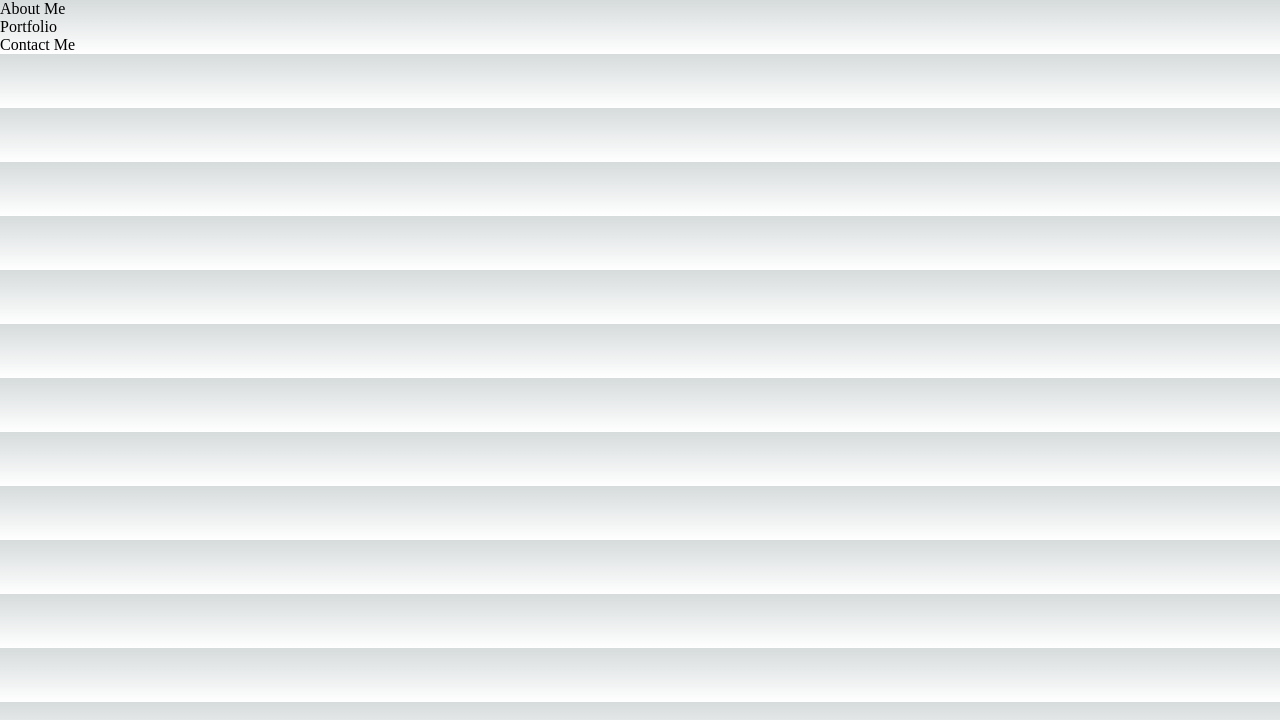
Repository: Pauldan1988/Reactfolio
Page: /
These files come from the project's save history. The page is drawn as it stood at one moment and after a run of saves; the edit follows.
The browser window is 1280 px wide. The pictures show the whole page.
The project was rebuilt for these pictures with package versions that can differ from the ones it lists, and the page was loaded fresh each time. The framework's server and built-in components were replaced by stand-ins that run in the browser. Also part of the build but not shown: next.config.js.

Above is the page before, as saved 2023-04-07 14:21:51.

After the next 5 saves:
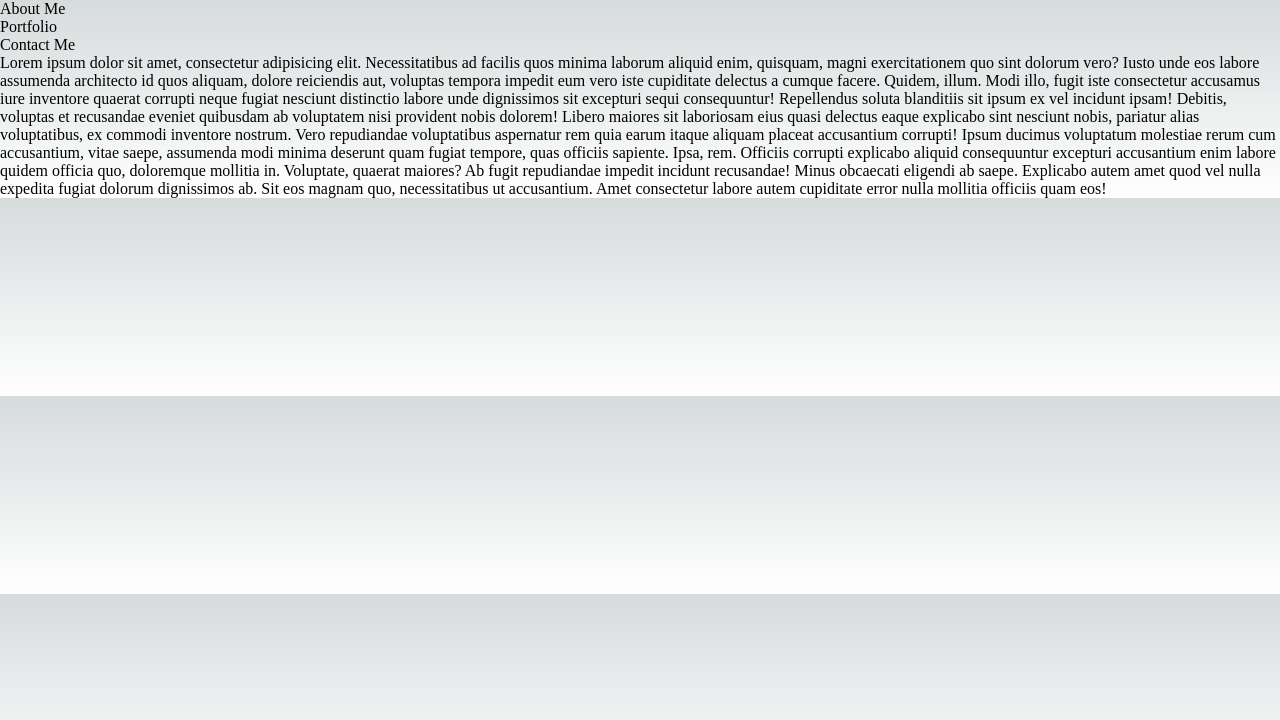
The 5 saves are shown as one change because 1 did not build or start and some came seconds apart.
The last was saved 41 s later.
--- a/src/pages/index.tsx
+++ b/src/pages/index.tsx
@@ -1,3 +1,4 @@
+import Desc from '@/components/desc'
 import Layout from '@/components/layout'
 import Head from 'next/head'
 
@@ -12,7 +13,7 @@ export default function Home() {
         <link rel="icon" href="/favicon.ico" />
       </Head>
       <Layout>
-
+        <Desc></Desc>
       </Layout>
 
     </>
